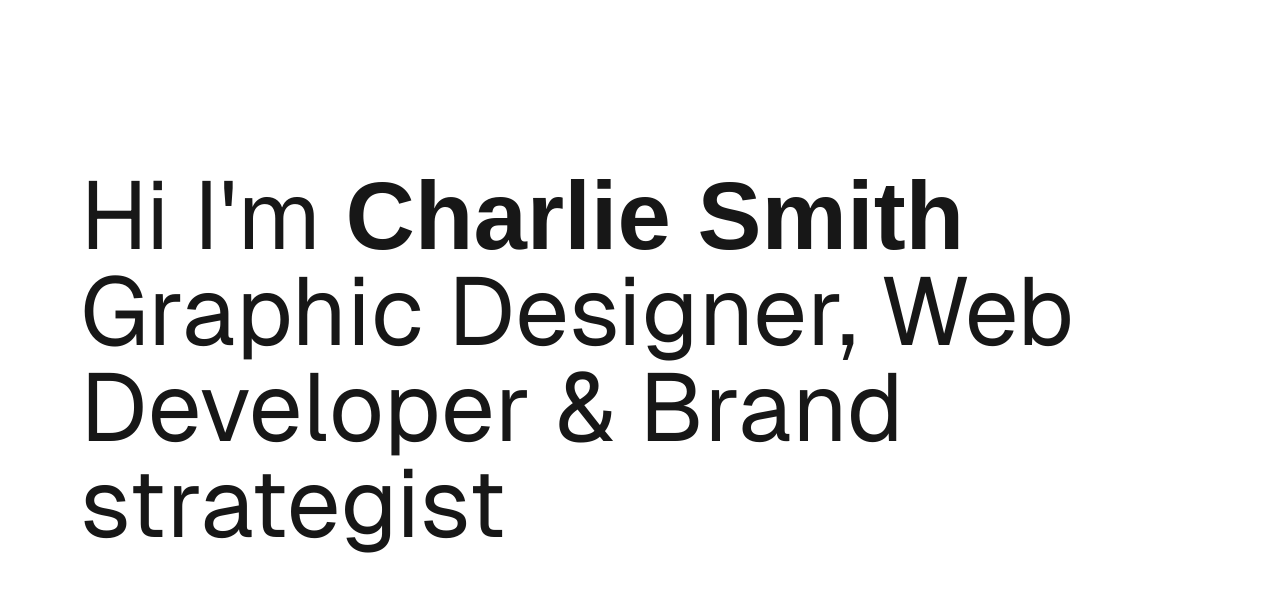
Repository: charlehs/portfolio
Page: /
The author's editor kept a copy of each file at every save. The page is drawn from the files as they stood at one save, then again after the next save.
The browser window is 1280 px wide. The pictures show the whole page.
Some web fonts or font styles are not loaded; a fallback is used. The project was rebuilt for these pictures with package versions that can differ from the ones it lists, and the page was loaded fresh each time. The framework's server and built-in components were replaced by stand-ins that run in the browser. Also part of the build but not shown: next.config.ts.

Above is the page before, as saved 2025-01-02 16:40:26.

### app/layout.tsx
import type { Metadata } from "next";
import localFont from "next/font/local";
import Nav from "./components/Nav";
import "./globals.css";

const geistSans = localFont({
  src: "./fonts/GeistVF.woff",
  variable: "--font-geist-sans",
  weight: "100 900",
});
const geistMono = localFont({
  src: "./fonts/GeistMonoVF.woff",
  variable: "--font-geist-mono",
  weight: "100 900",
});

export const metadata: Metadata = {
  title: "Create Next App",
  description: "Generated by create next app",
};

export default function RootLayout({
  children,
}: Readonly<{
  children: React.ReactNode;
}>) {
  return (
    <html lang="en">
      <body
        className={`${geistSans.variable} ${geistMono.variable} antialiased`}
      >
        {/* <Nav /> */}
        {children}
      </body>
    </html>
  );
}

### app/page.tsx
import Image from "next/image";

export default function Home() {
  return (
    <div className="grid grid-rows-[20px_1fr_20px] items-center justify-items-center min-h-screen p-8 pb-20 gap-16 sm:p-20 font-[family-name:var(--font-geist-sans)]">
      <main className="flex flex-col gap-8 row-start-2 items-center sm:items-start">
        <p className=" text-8xl">
          Hi I'm <span className="extra-bold ">Charlie Smith</span>
          <br /> Graphic Designer, Web Developer & Brand strategist
        </p>
      </main>
      {/* <footer className="row-start-3 flex gap-6 flex-wrap items-center justify-center"></footer> */}
    </div>
  );
}

### app/globals.css
@tailwind base;
@tailwind components;
@tailwind utilities;

:root {
  --background: #ffffff;
  --foreground: #171717;
}

@media (prefers-color-scheme: dark) {
  :root {
    --background: #0a0a0a;
    --foreground: #ededed;
  }
}

body {
  color: var(--foreground);
  background: var(--background);
  font-family: Arial, Helvetica, sans-serif;
}

@font-face {
  font-family: "Harmond";
  src: url("/fonts/Harmond-SemiBoldCondensed.otf") format("opentype");
  font-weight: 600; /* Regular */
  font-style: normal;
}

@font-face {
  font-family: "Harmond";
  src: url("/fonts/Harmond-SemBdItaCond.otf") format("opentype");
  font-weight: 600; /* Bold */
  font-style: italic;
}
@font-face {
  font-family: "Harmond";
  src: url("/fonts/Harmond-ExtraBoldExpanded.otf") format("opentype");
  font-weight: 800; /* Bold */
  font-style: normal;
}

.harmond-text {
  font-family: "Harmond", sans-serif;
}

.extra-bold {
  font-family: "Harmond", sans-serif;
  font-weight: 800;
  font-style: normal;
}

Loaded but not shown: tailwind.config.ts (common file)

After the next save:
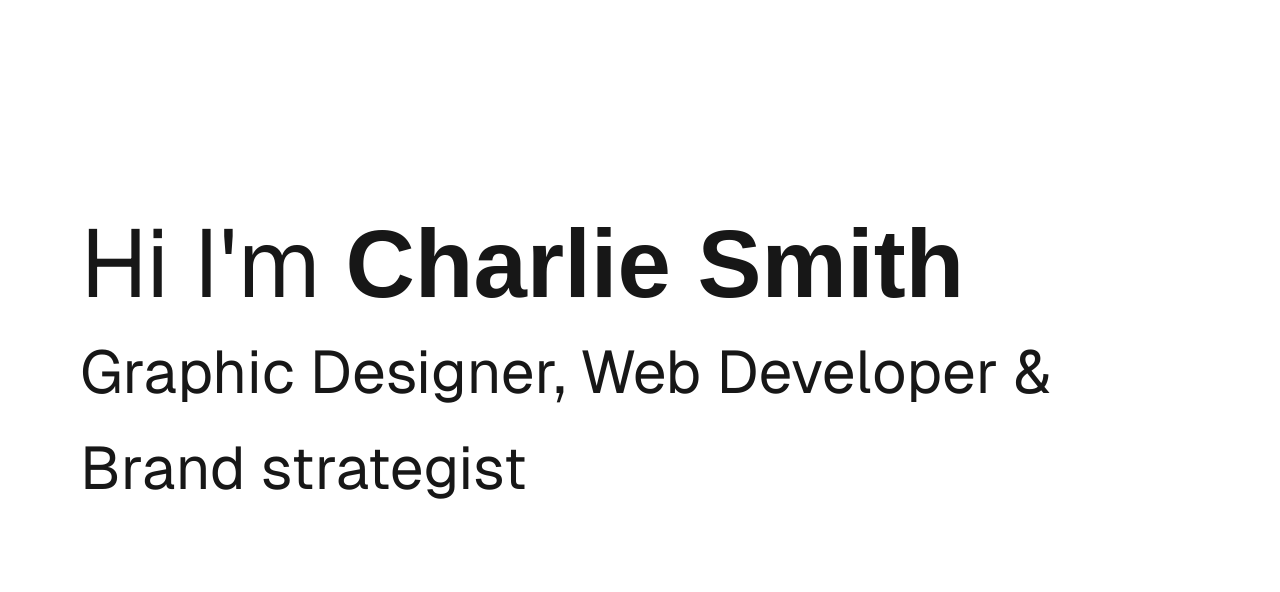
Saved 26 s later.
--- a/app/page.tsx
+++ b/app/page.tsx
@@ -6,7 +6,10 @@ export default function Home() {
       <main className="flex flex-col gap-8 row-start-2 items-center sm:items-start">
         <p className=" text-8xl">
           Hi I'm <span className="extra-bold ">Charlie Smith</span>
-          <br /> Graphic Designer, Web Developer & Brand strategist
+          <br />{" "}
+          <span className="text-6xl">
+            Graphic Designer, Web Developer & Brand strategist
+          </span>
         </p>
       </main>
       {/* <footer className="row-start-3 flex gap-6 flex-wrap items-center justify-center"></footer> */}
